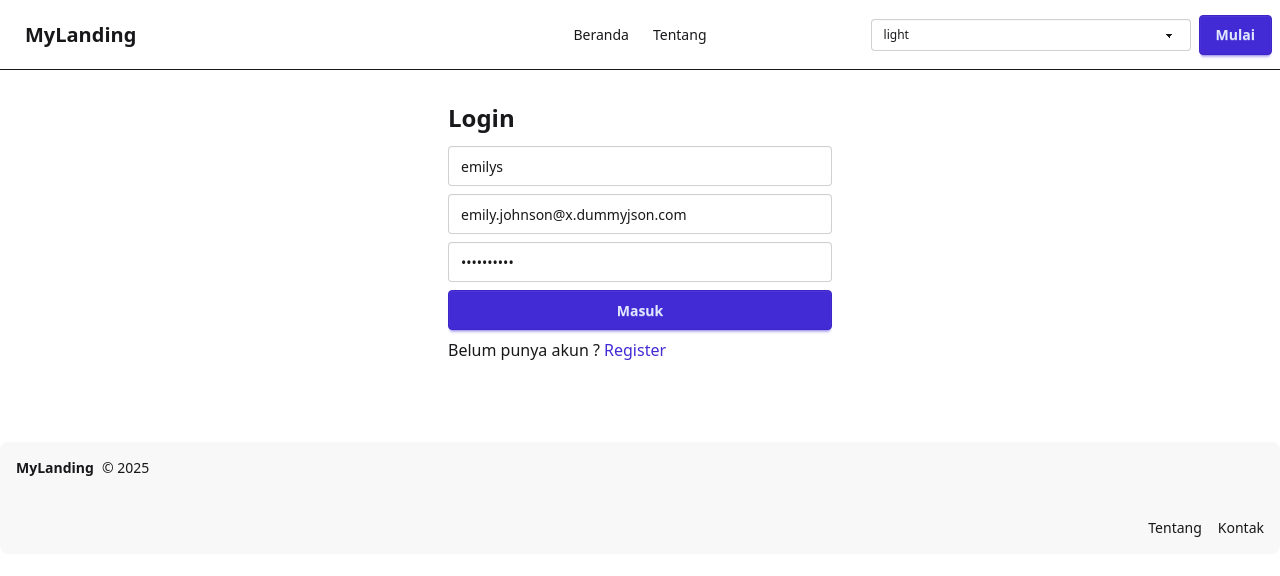
Repository: khulqu15/reactjs-learn
Page: /login (app in day3/)
The author's editor kept a copy of each file at every save. The page is drawn from the files as they stood at one save, then again after the next save.
The browser window is 1280 px wide. The pictures show the whole page.
The project was rebuilt for these pictures with package versions that can differ from the ones it lists, and the page was loaded fresh each time. Also part of the build but not shown: day3/vite.config.js, day3/src/components/Hero.jsx, day3/src/pages/Home.jsx, day3/src/pages/About.jsx, day3/src/routes/ProtectedRoute.jsx, day3/src/pages/Register.jsx, day3/src/pages/Weather.jsx.

Above is the page before, as saved 2025-09-25 00:32:56.

After the next save:
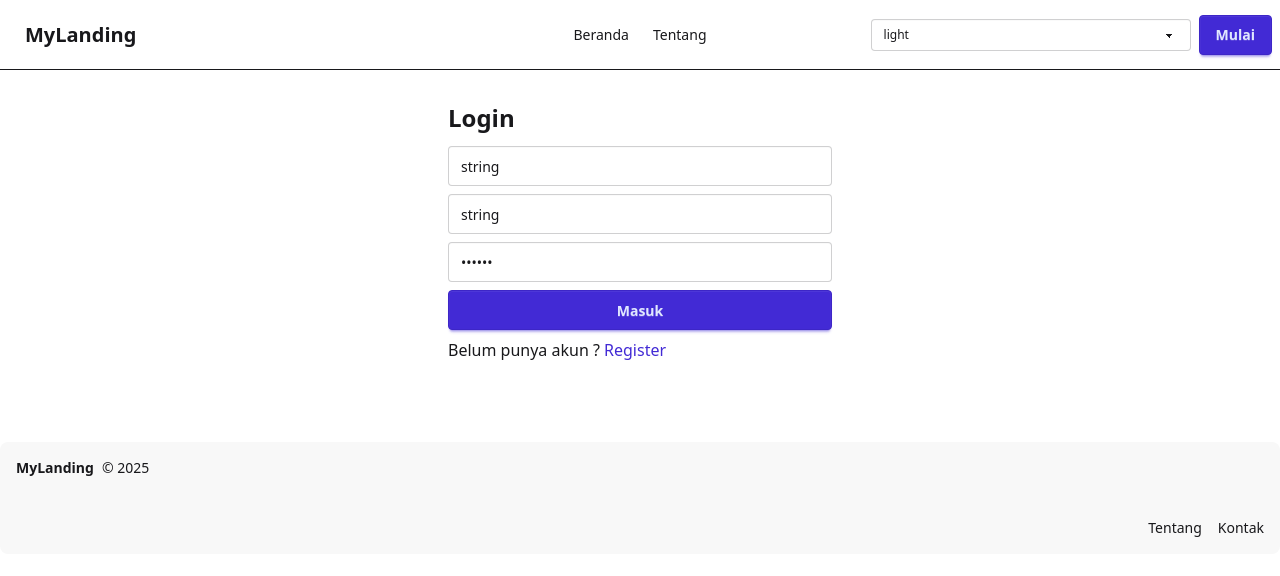
Saved 104 s later.
--- a/day3/src/pages/Login.jsx
+++ b/day3/src/pages/Login.jsx
@@ -4,9 +4,9 @@ import { useAuth } from "../context/AuthContext";
 import { useNavigate } from "react-router-dom";
 
 export default function Login() {
-  const [username, setUsername] = useState("emilys");
-  const [email, setEmail] = useState("emily.johnson@x.dummyjson.com");
-  const [password, setPassword] = useState("emilyspass");
+  const [username, setUsername] = useState("string");
+  const [email, setEmail] = useState("string");
+  const [password, setPassword] = useState("string");
   const [loading, setLoading] = useState(false);
   const [err, setErr] = useState("");
   const { login } = useAuth();
@@ -15,7 +15,7 @@ export default function Login() {
   async function onSubmit(e) {
     e.preventDefault(); setErr(""); setLoading(true);
     try {
-      const { data } = await api.post("https://dummyjson.com/auth/login", { username, email, password }, {
+      const { data } = await api.post("https://reqres.in/api/login", { username, email, password }, {
         headers: {
             'x-api-key': 'reqres-free-v1',
             'Content-Type': 'application/json'
@@ -32,7 +32,7 @@ export default function Login() {
     <div className="max-w-sm mx-auto space-y-3">
       <h1 className="text-2xl font-bold">Login</h1>
       <form onSubmit={onSubmit} className="space-y-2">
-        <input className="input input-bordered w-full" placeholder="Username"
+        <input className="input input-bordered w-full" placeholder="Email"
                value={username} onChange={e=>setUsername(e.target.value)} />
         <input className="input input-bordered w-full" placeholder="Email"
                value={email} onChange={e=>setEmail(e.target.value)} />
